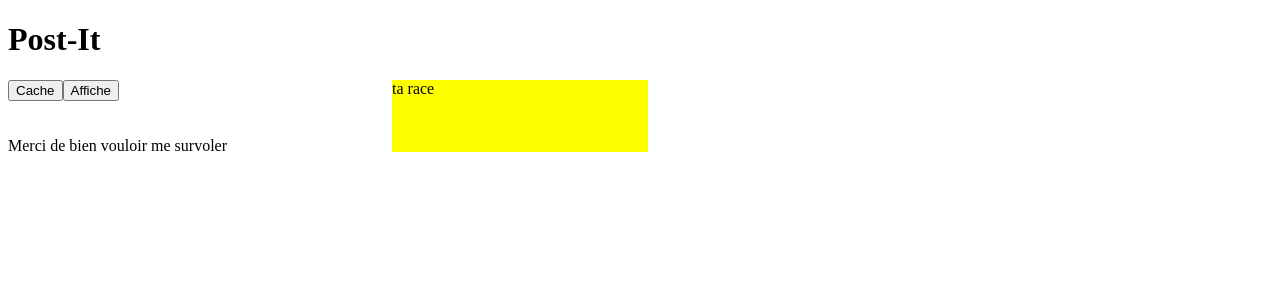
Repository: evalwebmeteofullstack/Gestion_meteo
Page: Notes/Cours + Exercices/Exercices/static/test/5em-code.html
The author's editor kept a copy of each file at every save. The page is drawn from the files as they stood at one save, then again after the next save.
The browser window is 1280 px wide. The pictures show the whole page.

Above is the page before, as saved 2019-02-04 08:33:11.

After the next save:
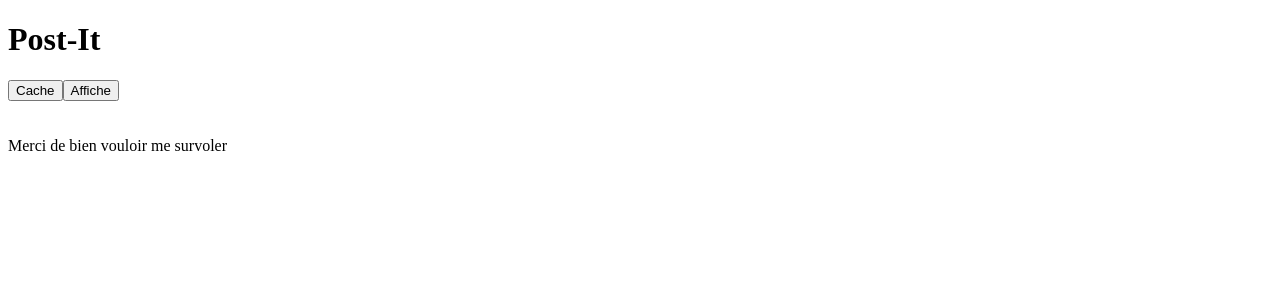
Saved 3 min 37 s later.
--- a/Notes/Cours + Exercices/Exercices/static/test/style5.css
+++ b/Notes/Cours + Exercices/Exercices/static/test/style5.css
@@ -9,4 +9,5 @@
 	width: 20%;
 	height: 10%;
 	margin-left: 30%;
+	visibility: hidden;
 }

After the 2 saves that followed:
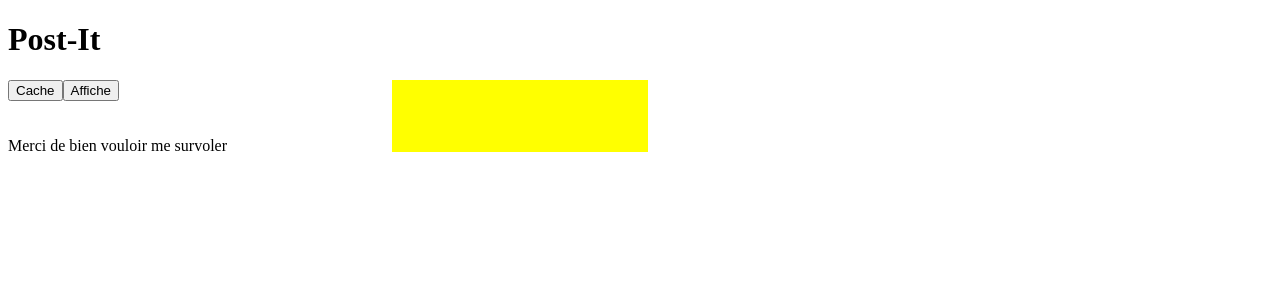
The 2 saves are shown as one change because 1 left the picture as it was.
The last was saved 15 s later.
--- a/Notes/Cours + Exercices/Exercices/static/test/5em-code.html
+++ b/Notes/Cours + Exercices/Exercices/static/test/5em-code.html
@@ -8,7 +8,7 @@
 	<div id="div1">
 	<input type="button" name="butCache" id="butCach" value="Cache">
 	<input type="button" name="butAfficher" id="butAf" value="Affiche">
-	<div id="postIt">ta race</div>
+	<div id="postIt"></div>
 	</div>
 	<br>
 	<br>
--- a/Notes/Cours + Exercices/Exercices/static/test/style5.css
+++ b/Notes/Cours + Exercices/Exercices/static/test/style5.css
@@ -9,5 +9,5 @@
 	width: 20%;
 	height: 10%;
 	margin-left: 30%;
-	visibility: hidden;
+
 }
